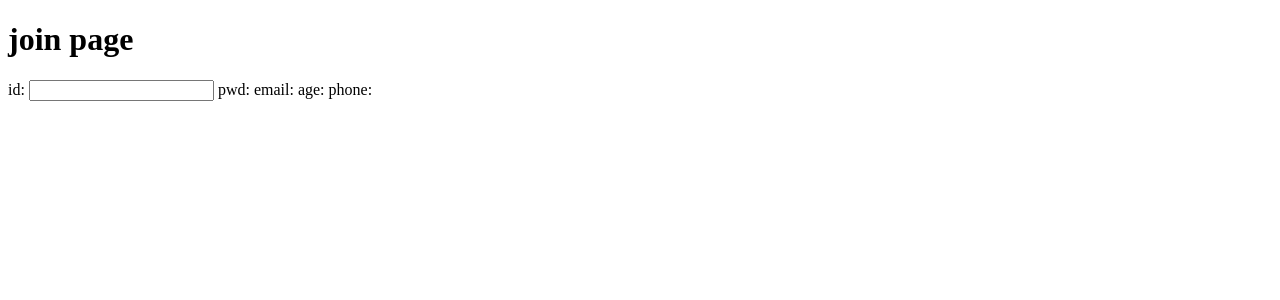
Repository: hwimi/2024-04-12-01
Page: http://localhost/jsp_study/member/join.jsp
The author's editor kept a copy of each file at every save. The page is drawn from the files as they stood at one save, then again after a run of saves.
The browser window is 1280 px wide. The pictures show the whole page.
The page is served by Tomcat 9.

Above is the page before, as saved 2024-04-15 01:55:57.

After the next 2 saves:
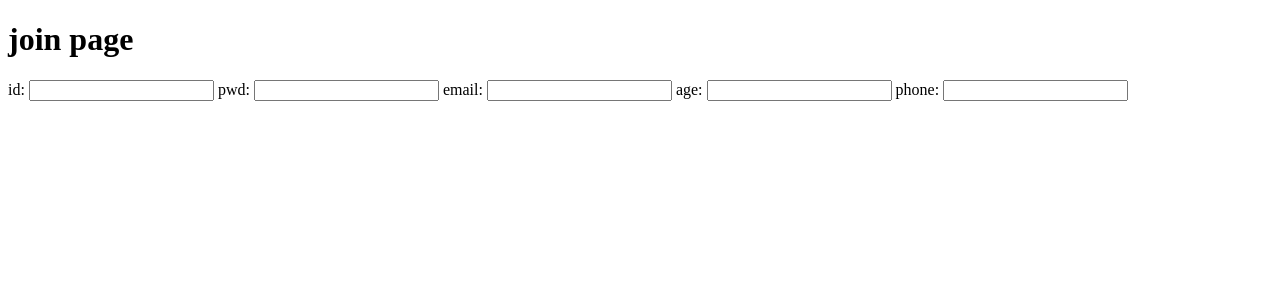
The 2 saves are shown as one change because they came seconds apart.
The last was saved 22 s later.
--- a/jsp_study/src/main/webapp/member/join.jsp
+++ b/jsp_study/src/main/webapp/member/join.jsp
@@ -10,10 +10,10 @@
  <h1>join page</h1>
  <form action="" method="post">
  id: <input type="text" name="id">
- pwd:
- email:
- age:
- phone:
+ pwd: <input type="password" name="pwd">
+ email: <input type="text" name="id">
+ age: <input type="text" name="id">
+ phone: <input type="text" name="id">
  </form>
 </body>
 </html>
